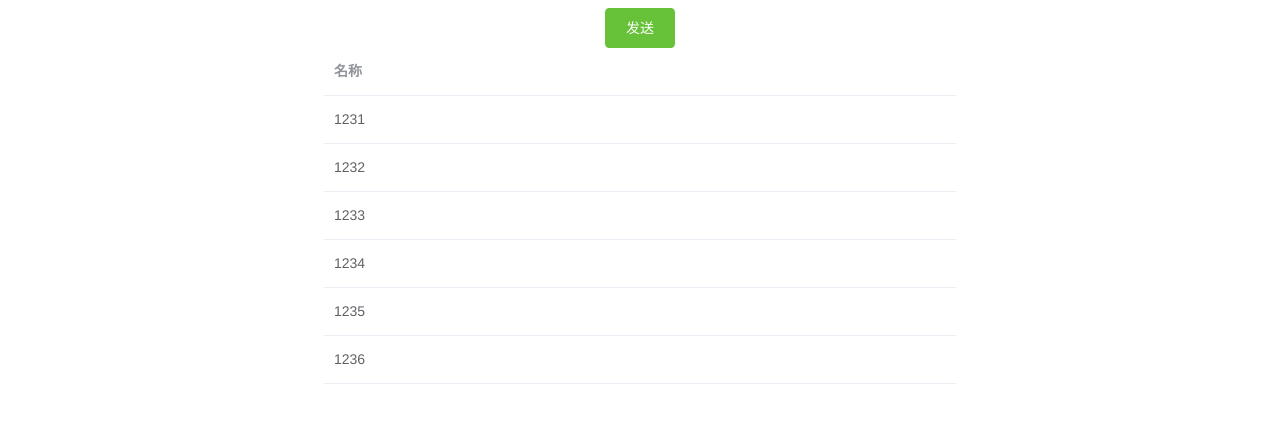
Repository: faintout/BHMQTTSendTool
Page: /
The author's editor kept a copy of each file at every save. The page is drawn from the files as they stood at one save, then again after the next save.
The browser window is 1280 px wide. The pictures show the whole page.
The project was rebuilt for these pictures with package versions that can differ from the ones it lists, and the page was loaded fresh each time. Also part of the build but not shown: vue.config.js. Imported but missing from the stored project, and not drawn on this page: src/views/About.vue.

Above is the page before, as saved 2020-08-26 13:59:01.

### public/index.html
<!DOCTYPE html>
<html lang="en">
  <head>
    <meta charset="utf-8">
    <meta http-equiv="X-UA-Compatible" content="IE=edge">
    <meta name="viewport" content="width=device-width,initial-scale=1.0">
    <link rel="stylesheet" href="">
    <title></title>
  </head>
  <body>
    <div id="app">

    </div>
    <!-- built files will be auto injected -->
  </body>
</html>

### src/main.js
import Vue from 'vue'
import App from './App.vue'
import router from './router'
import $ from 'jquery'
import ElementUi from 'element-ui'
import 'element-ui/lib/theme-chalk/index.css'
import 'element-ui/lib/theme-chalk/reset.css'

Vue.config.productionTip = false
Vue.use(ElementUi)
new Vue({
  router,
  render: h => h(App)
}).$mount('#app')

### src/views/Home.vue
<template>
  <div class="content">
      <title></title>
          <!-- 按钮模块 -->
    <div>
       <el-button type="success">发送</el-button>
    </div>
      <el-table
      v-loading="tableLoading"
      :data="tableData"
       style="width: 50%;position: relative;left: calc(50% - 25%);">
      >
      <el-table-column
          prop="name"
          width="800"
        label="名称"
      >
      </el-table-column>
    <el-table-column
        label="切换源"
        width="150"

        >
        <template slot-scope="scope">
        <el-radio-group v-model="scope.row.enable">
            <el-radio :label="0" @click.native.prevent="changeItem('1')" >主</el-radio>
            <el-radio :label="1"
            @click.native="changItemRadio(scope.row.enable)"
            >备</el-radio>
     </el-radio-group>
        </template>
      </el-table-column>

      </el-table>

      <el-backtop target=".page-component__scroll .el-scrollbar__wrap"></el-backtop>
  </div>

</template>

<script>

export default {
  components:{},
  data(){
    return {
        //表格框加载
        tableLoading:false,
        tableData:[
            {
                id:1,
                name:'1231',
                enable:0,
                data:'333'
            },
            {
                id:2,
                name:'1232',
                enable:1,
                data:'333'
            },
            {
                id:3,
                name:'1233',
                enable:'1',
                data:'333'
            },
            {
                id:4,
                name:'1234',
                enable:'1',
                data:'333'
            },
            {
                id:5,
                name:'1235',
                enable:'1',
                data:'333'
            },
            {
                id:6,
                name:'1236',
                enable:'1',
                data:'333'
            }
        ]
    }
  },
  watch:{},
  computed:{

  },
  methods:{
      changeItem(item){
          console.log('item',item);
      },
      changItemRadio(item){
          console.log('itemzhixng ');
      },
      //获取所有数据
      getAllMqttData(){

      },
      //数据处理
      dataProcessing(){

      }

  },
  mounted(){
      console.log(this.tableData);
  },
  created(){},
}
</script>
<style lang="less" scoped>
</style>

Loaded but not shown: src/App.vue (common file); src/router/index.js (common file)

After the next save:
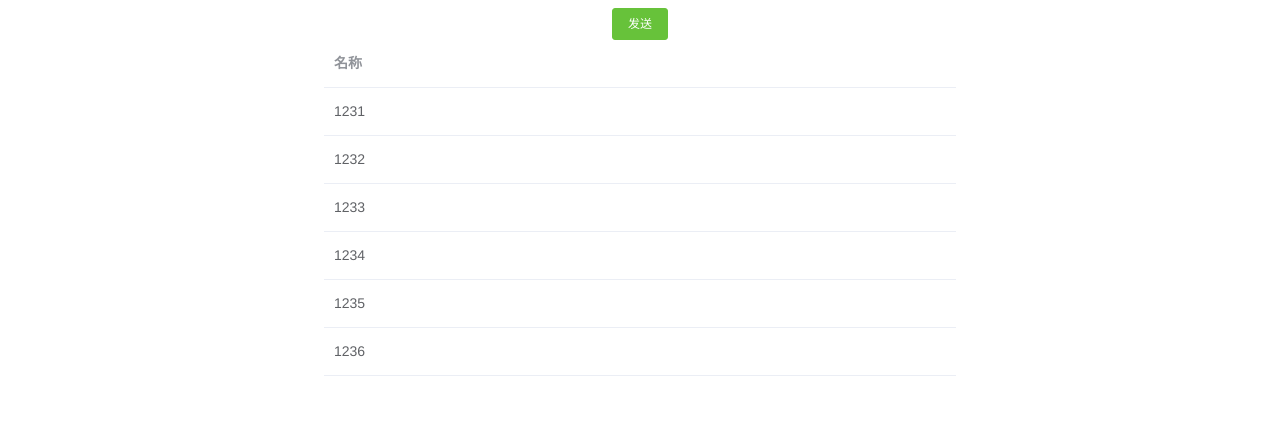
Saved 73 s later.
--- a/src/views/Home.vue
+++ b/src/views/Home.vue
@@ -3,7 +3,7 @@
       <title></title>
           <!-- 按钮模块 -->
     <div>
-       <el-button type="success">发送</el-button>
+       <el-button type="success" size="small">发送</el-button>
     </div>
       <el-table
       v-loading="tableLoading"
